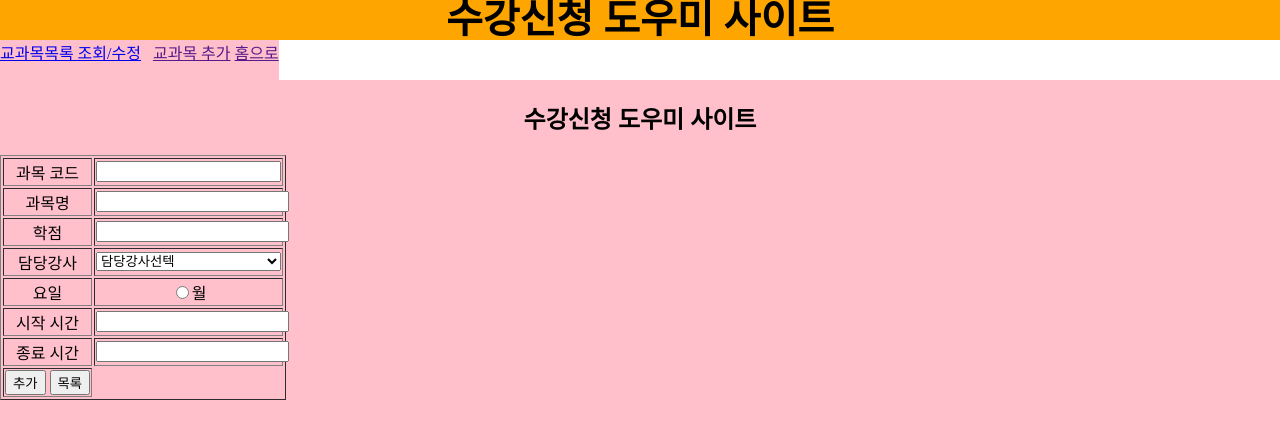
Repository: minjun223/EIP_Study
Page: http://localhost/HRD_2201/insert.jsp
The author's editor kept a copy of each file at every save. The page is drawn from the files as they stood at one save, then again after the next save.
The browser window is 1280 px wide. The pictures show the whole page.
The page is served by Tomcat 9. Other server files are loaded and not shown.

Above is the page before, as saved 2023-02-11 11:34:27.

### 수강신청/HRD_2201/src/main/webapp/insert.jsp
<%@ page language="java" contentType="text/html; charset=UTF-8"
    pageEncoding="UTF-8"%>
<!DOCTYPE html>
<html>
<head>
<meta charset="UTF-8">
<title>Insert title here</title>
</head>
<body>
<jsp:include page="header.jsp"></jsp:include>
<section style="position:fixed; top:80px; left:0px; text-align:center; width:100%; height:100%; background-color:pink">
<h2 style="text-align:center">수강신청 도우미 사이트</h2>
	<form style="display:flex; text-align:center; align-item:center; text-align:center">
		<table border="1">
			<tr>
				<td>과목 코드</td>
				<td><input type="text"></td>
			</tr>
			<tr>
				<td>과목명</td>
				<td><input type="text" style="width:100%;"></td>
			</tr>
			<tr>
				<td>학점</td>
				<td><input type="text" style="width:100%;"></td>
			</tr>
			<tr>
				<td>담당강사</td>
				<td>
				<select name=""style="width:100%;">
					<option value="">담당강사선텍</option>
					<option value="1">김교수</option>
					<option value="2">이교수</option>
					<option value="3">박교수</option>
					<option value="4">우교수</option>
					<option value="5">최교수</option>
					<option value="6">임교수</option>
				</select>
				</td>
			</tr>
			<tr>
				<td>요일</td>
				<td>
				<input type="radio"value="1">월

				</td>
			</tr>
			<tr>
				<td>시작 시간</td>
				<td><input type="text"style="width:100%;"></td>
			</tr>
			<tr>
				<td>종료 시간</td>
				<td><input type="text"style="width:100%;"></td>
			</tr>
			<tr>
				<td style="text-align:center;width:100%">
					<input type="button" value="추가">
					<input type="button" value="목록">
				</td>
			</tr>
		</table>
	</form>
</section>
<jsp:include page="header.jsp"></jsp:include>
</body>
</html>

### 수강신청/HRD_2201/src/main/webapp/header.jsp
<%@ page language="java" contentType="text/html; charset=UTF-8"
    pageEncoding="UTF-8"%>
<!DOCTYPE html>
<html>
<head>
<meta charset="UTF-8">
<title>Insert title here</title>
</head>
<body>
<header style="position:fixed; top:0px; height:40px; line-height:40px; left:0px; width:100%; background-color:orange; text-align:center; font-size:40px">
<b>수강신청 도우미 사이트</b></header>
<nav style="position:fixed; top:40px; height:40px; line-heignt:40px; left:0px; pedding-left:20px; background-color:pink">
	<a href="insert.jsp">교과목목록 조회/수정</a>&nbsp;&nbsp;
	<a href="">교과목 추가</a>
	<a href="">홈으로</a>
</nav>
</body>
</html>

After the next save:
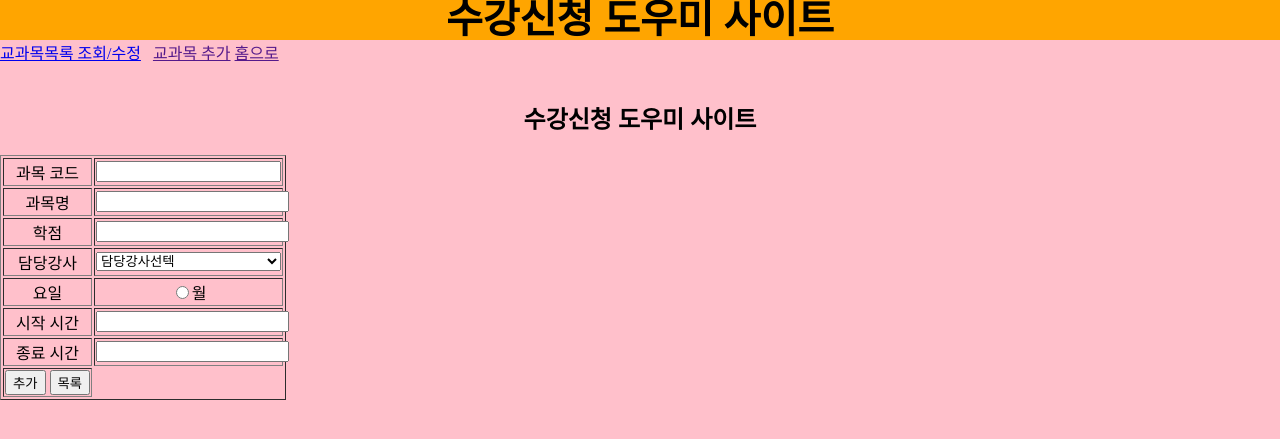
Saved 2 min 28 s later.
--- a/수강신청/HRD_2201/src/main/webapp/header.jsp
+++ b/수강신청/HRD_2201/src/main/webapp/header.jsp
@@ -9,7 +9,7 @@
 <body>
 <header style="position:fixed; top:0px; height:40px; line-height:40px; left:0px; width:100%; background-color:orange; text-align:center; font-size:40px">
 <b>수강신청 도우미 사이트</b></header>
-<nav style="position:fixed; top:40px; height:40px; line-heignt:40px; left:0px; pedding-left:20px; background-color:pink">
+<nav style="position:fixed; top:40px; height:40px; line-heignt:40px; left:0px;width:100%; pedding-left:20px; background-color:pink">
 	<a href="insert.jsp">교과목목록 조회/수정</a>&nbsp;&nbsp;
 	<a href="">교과목 추가</a>
 	<a href="">홈으로</a>
